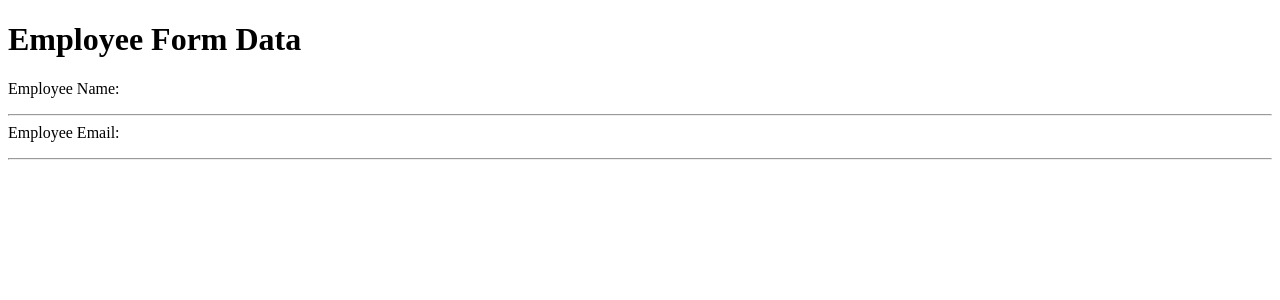
Repository: mrhpn/JavaEE--JSP-SERVLET
Page: http://localhost/JSP_JSTL/read-employee-form.jsp
These files come from the project's save history. The page is drawn as it stood at one moment and after the next save; the edit follows.
The browser window is 1280 px wide. The pictures show the whole page.
The page is served by Tomcat 9.

Above is the page before, as saved 2021-04-01 07:20:31.

After the next save:
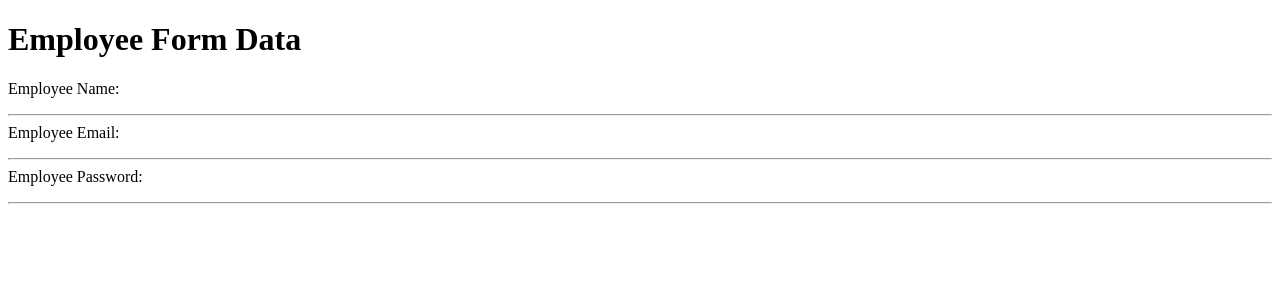
Saved 16 s later.
--- a/JSP_JSTL/WebContent/read-employee-form.jsp
+++ b/JSP_JSTL/WebContent/read-employee-form.jsp
@@ -14,5 +14,8 @@
 
 	Employee Email: <p>${param.employeeEmail} </p>
 	<hr>
+
+	Employee Password: <p>${param.employeePassword} </p>
+	<hr>
 </body>
 </html>
